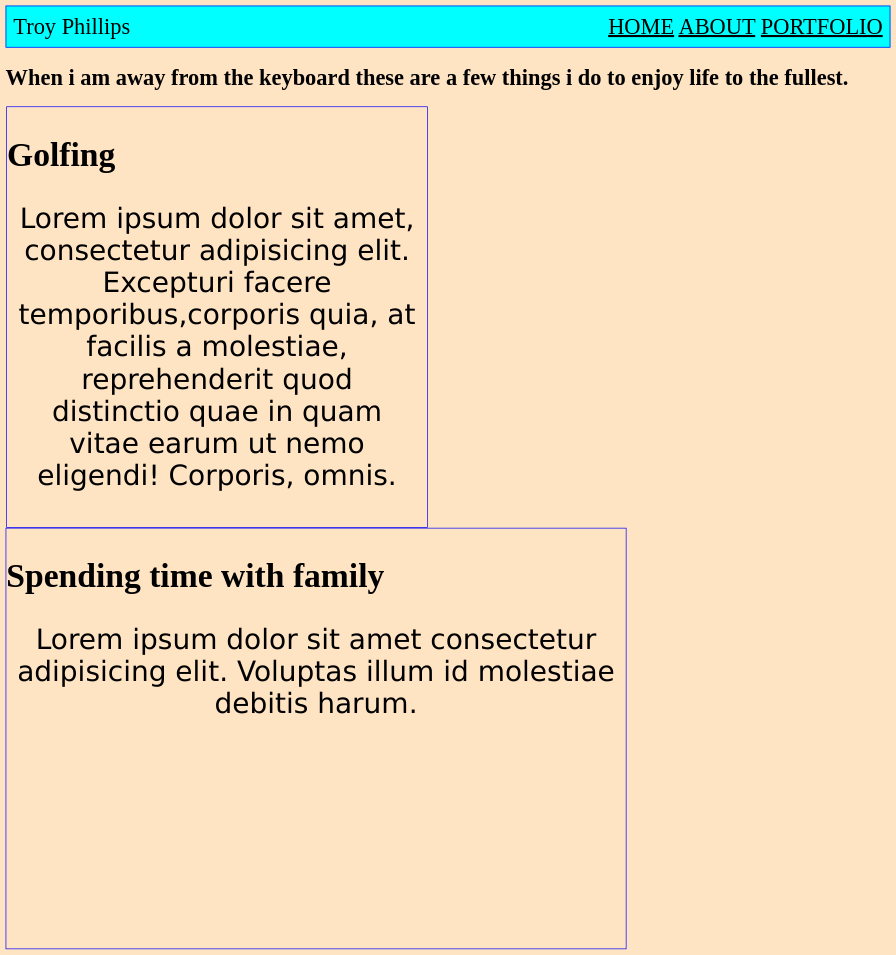
Repository: TheTroyPhillips/Personal-website
Page: about.html
An editor plug-in stored every save of this project. The page is shown before and after the next save, followed by the edit.
The browser window is 1280 px wide. The pictures show the whole page, at 70% of full size.

Above is the page before, as saved 2023-09-10 23:00:37.

After the next save:
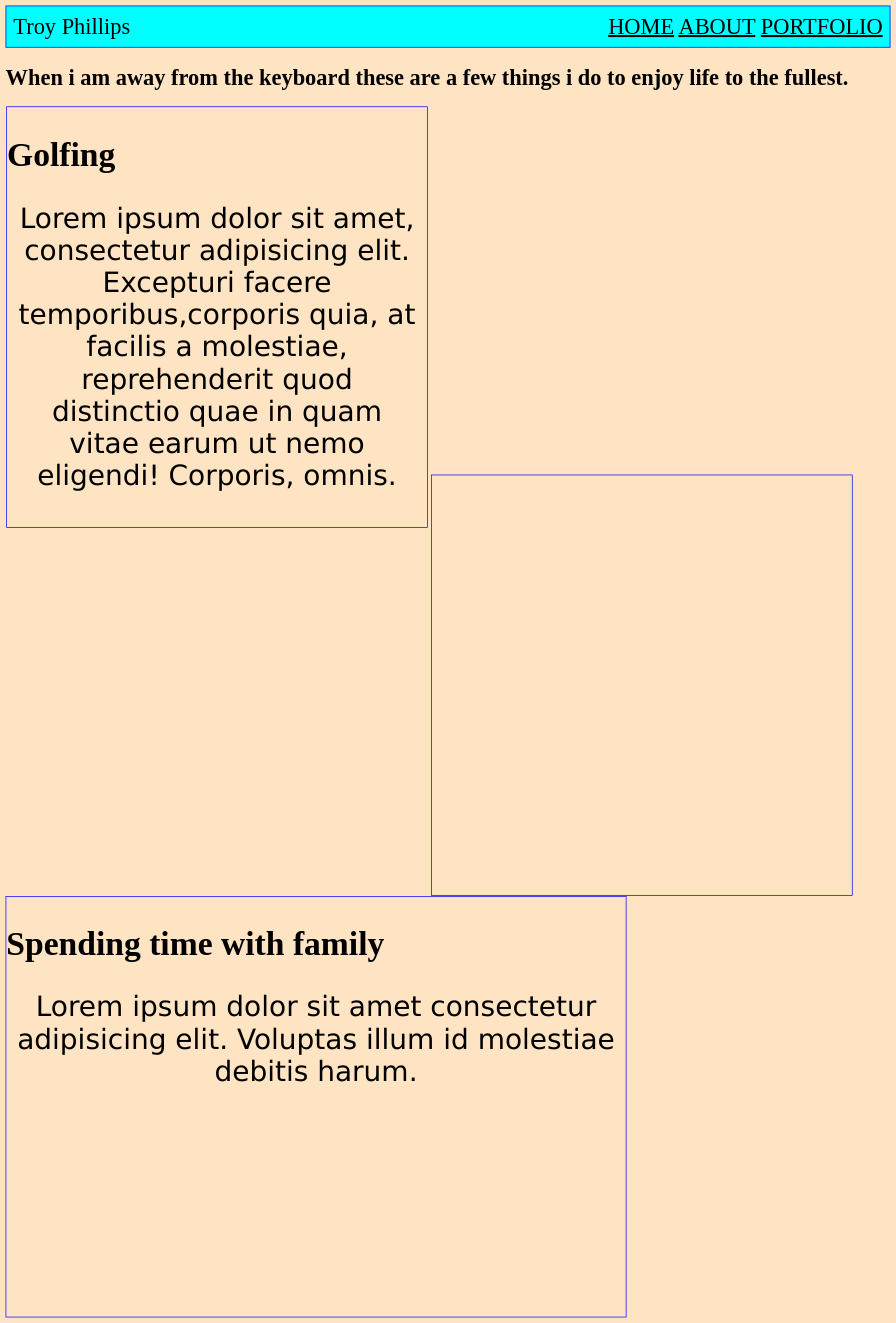
Not found: pexels-ashford-marx-6501725.jpg
Saved 4 s later.
--- a/about.html
+++ b/about.html
@@ -24,6 +24,9 @@
                      temporibus,corporis quia, at facilis a molestiae, reprehenderit quod
                       distinctio quae in quam vitae earum ut nemo eligendi! Corporis, omnis.</p>
          </div>
+         <div class="childb">
+            <img src="pexels-ashford-marx-6501725.jpg" alt="">
+        </div>
          <div class="childb1">
             <section>
                 <h2>Spending time with family</h2>
